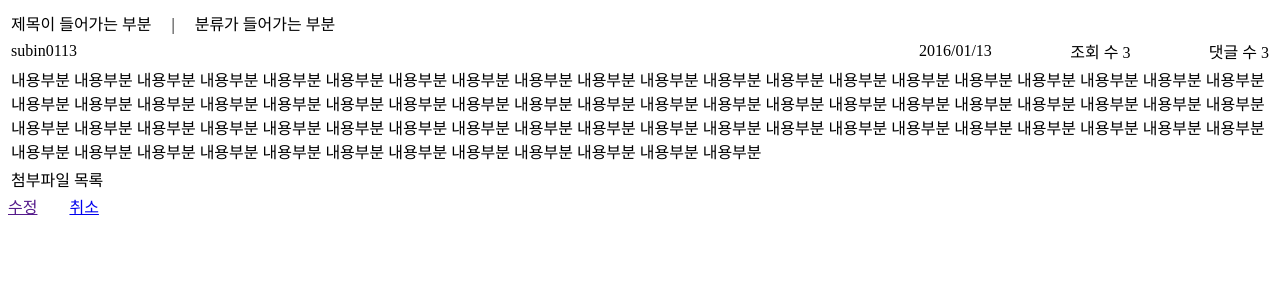
Repository: ekgus419/hckj
Page: http://localhost/Railro/WEB-INF/views/index.jsp
An editor plug-in stored every save of this project. The page is shown before and after the next save, followed by the edit.
The browser window is 1280 px wide. The pictures show the whole page.
The page is served by Tomcat 9. Nobody is signed in. Other server files are loaded and not shown. The template is opened directly, without the code that normally fills it, so the values that code supplies are empty.

Above is the page before, as saved 2016-08-19 03:02:16.

### Railro/src/main/webapp/WEB-INF/views/index.jsp
<%@ page language="java" pageEncoding="UTF-8" trimDirectiveWhitespaces="true"%>

<div id="content">
	<form action="" method="post" enctype="multipart/form-data" name="">
		<table class="detail" width="100%">
			<tr>
				<td colspan="10">
					제목이 들어가는 부분
					&nbsp;&nbsp;&nbsp;
					|
					&nbsp;&nbsp;&nbsp;
					분류가 들어가는 부분
				</td>
			</tr>
			<tr class="title">
				<td width="73%" >
				 	subin0113
				</td>
				<td width="5%" style="text-align: right;">
				 	2016/01/13
				</td>
				<td width="11%" style="text-align: right;">
				 	조회 수 3
				</td>
				<td width="11%" style="text-align: right;">
				 	댓글 수 3
				</td>
			</tr>
			<tr>
				<td colspan="10">
					내용부분
					내용부분
					내용부분
					내용부분
					내용부분
					내용부분
					내용부분
					내용부분
					내용부분
					내용부분
					내용부분
					내용부분
					내용부분
					내용부분
					내용부분
					내용부분
					내용부분
					내용부분
					내용부분
					내용부분
					내용부분
					내용부분
					내용부분
					내용부분
					내용부분
					내용부분
					내용부분
					내용부분
					내용부분
					내용부분
					내용부분
					내용부분
					내용부분
					내용부분
					내용부분
					내용부분
					내용부분
					내용부분
					내용부분
					내용부분
					내용부분
					내용부분
					내용부분
					내용부분
					내용부분
					내용부분
					내용부분
					내용부분
					내용부분
					내용부분
					내용부분
					내용부분
					내용부분
					내용부분
					내용부분
					내용부분
					내용부분
					내용부분
					내용부분
					내용부분
					내용부분
					내용부분
					내용부분
					내용부분
					내용부분
					내용부분
					내용부분
					내용부분
					내용부분
					내용부분
					내용부분
					내용부분
				</td>
			</tr>
			<tr>
				<td colspan="10">
					첨부파일 목록
				</td>
			</tr>
		</table>
		<div class="btn">
			<a href="">수정</a>
			&nbsp;&nbsp;&nbsp;&nbsp;&nbsp;&nbsp;
			<a href="javascript:history.go(-1)">취소</a>
		</div>
	</form>
</div>

After the next save:
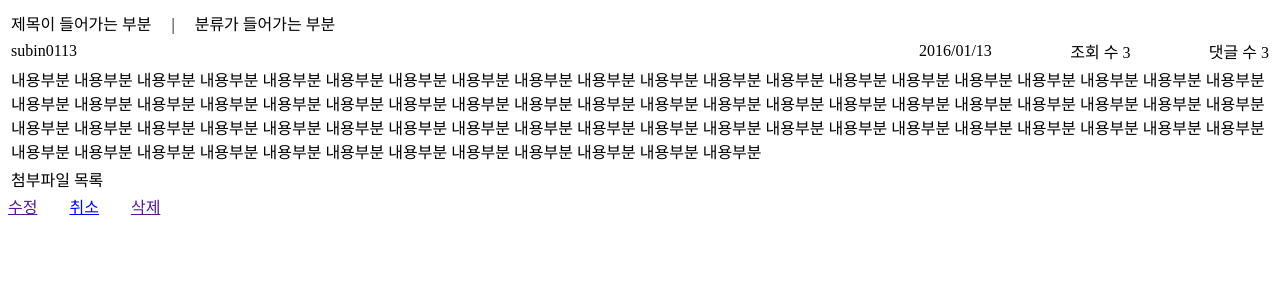
Saved 90 s later.
--- a/Railro/src/main/webapp/WEB-INF/views/index.jsp
+++ b/Railro/src/main/webapp/WEB-INF/views/index.jsp
@@ -112,6 +112,8 @@
 			<a href="">수정</a>
 			&nbsp;&nbsp;&nbsp;&nbsp;&nbsp;&nbsp;
 			<a href="javascript:history.go(-1)">취소</a>
+			&nbsp;&nbsp;&nbsp;&nbsp;&nbsp;&nbsp;
+			<a href="">삭제</a>
 		</div>
 	</form>
 </div>
